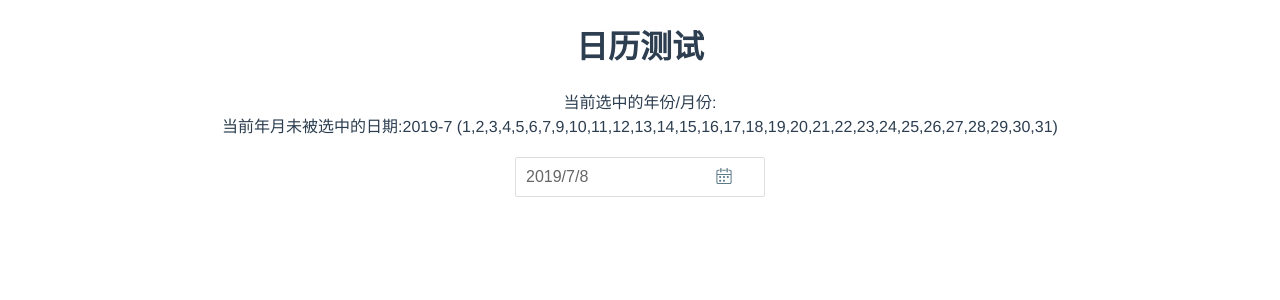
Repository: nyy-2017/vue-calendar
Page: /
An editor plug-in stored every save of this project. The page is shown before and after the next save, followed by the edit.
The browser window is 1280 px wide. The pictures show the whole page.
The project was rebuilt for these pictures with package versions that can differ from the ones it lists, and the page was loaded fresh each time. Also part of the build but not shown: src/components/calendar/calendar.js, src/components/calendar/calendar.vue.

Above is the page before, as saved 2019-07-09 13:53:02.

### index.html
<!DOCTYPE html>
<html>
  <head>
    <meta charset="utf-8">
    <meta name="viewport" content="width=device-width,initial-scale=1.0">
    <title>test1</title>
  </head>
  <body>
    <div id="app"></div>
    <!-- built files will be auto injected -->
  </body>
</html>

### src/components/HelloWorld.vue
<template>
  <div class="hello">
     <h1>日历测试</h1>
     <div>当前选中的年份/月份:{{curYearMonths}}</div>
     <div>当前年月未被选中的日期:{{unSelectDays}}</div>
      <input type="text" @click="openMultiByDrop($event)" v-model="calendar5.display" >
      <transition name="fade">
        <div class="calendar-dropdown" :style="{'left':calendar5.left+'px','top':calendar5.top+'px'}" v-if="calendar5.show">
            <calendar
                :zero="calendar5.zero"
                :disabled="calendar5.disabled"
                :lunar="calendar5.lunar"
                :value="calendar5.value"
                :multi="calendar5.multi"
                @currentYearMon="calendar5.currentYearMon"
                @select="calendar5.select"></calendar>
        </div>
      </transition>
  </div>
</template>

<script>
import calendar from '@/components/calendar/calendar.vue'

export default {
    name: 'app',
    components: {
        calendar
    },
    data(){
        return {
            unSelectDays: '',
            curYearMonths:'',
            // 多选
            calendar5:{
                display:"2019/7/8,2019/7/9",
                multi:true,
                show:false,
                zero:true,
                value:[[2019,7,8],[2019,7,9]], //默认日期
                disabled:[[2017,12,24],[2017,12,25]], //默认日期
                lunar:true, //显示农历
                select:(value)=>{

                    let displayValue=[]
                    value.forEach(v=>{
                        displayValue.push(v[0]+"/"+(v[1])+"/"+v[2])
                    })
                    console.log(displayValue);
                    this.calendar5.display=displayValue.join(",");
                    // this.calendar5.show=false;
                    this.calendar5.value=value;

                },
                currentYearMon:(year,mon)=> {

                    let currSelectDays = this.calendar5.value.filter(v => {
                        return year===v[0]&&mon===v[1]
                    })
                    this.chooseReverse(year, mon, currSelectDays)

                }
            },
        }
    },
    methods:{
        openMultiByDrop(e){
            this.calendar5.show=true;
            this.calendar5.left=e.target.offsetLeft;
            this.calendar5.top=e.target.offsetTop+50;
            e.stopPropagation();
            window.setTimeout(()=>{
                document.addEventListener("click",(e)=>{
                    this.calendar5.show=false;
                    document.removeEventListener("click",()=>{},false);
                },false);
            },1000)
        },
        //当月反选
        chooseReverse(year, mon, currSelectDays){
            // 获取当前月天数
            let daysCount = new Date(year, mon, 0).getDate()
            var fullMonth = [];
            for(var i= 1; i <= daysCount; i++) {
                let _date = [year, mon, i]
                fullMonth.push(_date)
            }

            // 从当前月去掉当前选中状态的日期
            let reverse = []
            let _fullMonth = []

            fullMonth.map(v =>  _fullMonth.push(v[2]))
            currSelectDays.map(v => {
                _fullMonth.map(full => {
                    if (v[2] === full) {
                       let index = _fullMonth.indexOf(v[2])
                       _fullMonth.splice(index, 1)
                    }
                })
            })
            _fullMonth.map(v => reverse.push([year, mon, v]) )
            if (reverse.length == 0){
                this.unSelectDays= '当月全部都被选中'
            } else {
                let unSelect = [];
                reverse.map(v => unSelect.push(v[2]))
                // 当前年月未被选中日期
                this.unSelectDays = + reverse[0][0] + '-' + reverse[0][1]+' (' + unSelect.join(',') + ')';
                //当前年月
                curYearMonths = reverse[0][0] + '年' + reverse[0][1] + '月';
                console.log(' this.unSelectDays', this.unSelectDays)
            }

        }

    },
    created() {
        let year = new Date().getFullYear()
        let mon = new Date().getMonth() + 1
        let day = new Date().getDate()
        this.calendar5.value = [[year, mon, day]]
        this.calendar5.display = + year + '/' + mon + '/' + day
        this.calendar5.currentYearMon(year, mon, this.calendar5.value)
    }

}
</script>

<style>
input{
    box-sizing: border-box;
    width:100%;
    width: 250px;
    margin-top:20px;
    border-radius: 2px;
    border:1px solid #dedede;
    padding:10px;
    font-size: 16px;
    background:url(data:[embedded picture, 3866 characters]) no-repeat 200px 10px;
    /* padding-left: 36px; */
    color:#666;
}

/*transition*/
.fade-enter-active,
.fade-leave-active {
    transition: all .5s ease-in-out;
}
.fade-enter,.fade-leave-active{
    opacity: 0;
    transform: translateY(-10px);

}

/*下拉框*/
.calendar-dropdown{
    background: #fff;
    position: absolute;
    left:0;
    top:0;
    padding:20px;
    border: 1px solid #eee;
    border-radius: 2px;
}
.calendar-dropdown:before {
    position: absolute;
    left:30px;
    top: -10px;
    content: "";
    border:5px solid rgba(0, 0, 0, 0);
    border-bottom-color: #DEDEDE;
}
.calendar-dropdown:after {
    position: absolute;
    left:30px;
    top: -9px;
    content: "";
    border:5px solid rgba(0, 0, 0, 0);
    border-bottom-color: #fff;
}

/*弹出框*/
.calendar-dialog{
    position: absolute;
    left:0;
    top:0;
    right:0;
    bottom:0;
}

.calendar-dialog-mask{
    background:rgba(255,255,255,.5);
    width:100%;
    height:100%;
}

.calendar-dialog-body{
    background: #fff;
    position: absolute;
    left:50%;
    top:50%;
    transform: translate(-50%,-50%);
    padding:20px;
    border: 1px solid #eee;
    border-radius: 2px;
}
</style>

Loaded but not shown: src/main.js (common file); src/App.vue (common file); src/router/index.js (common file)

After the next save:
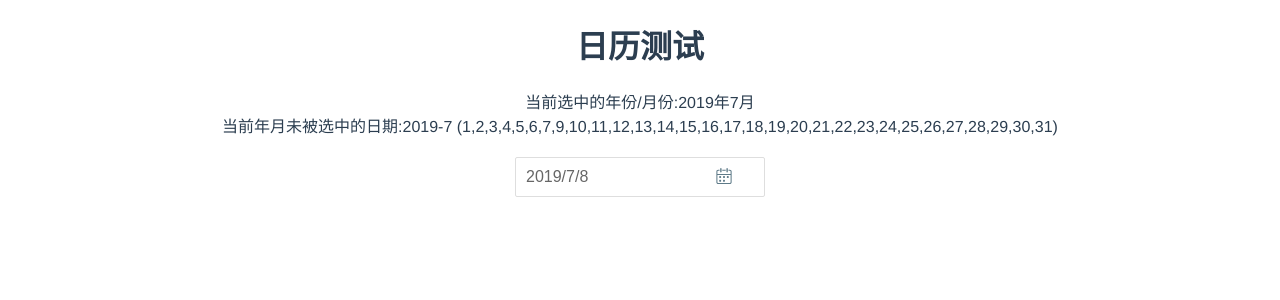
Saved 2 min 22 s later.
--- a/src/components/HelloWorld.vue
+++ b/src/components/HelloWorld.vue
@@ -108,7 +108,7 @@ export default {
                 // 当前年月未被选中日期
                 this.unSelectDays = + reverse[0][0] + '-' + reverse[0][1]+' (' + unSelect.join(',') + ')';
                 //当前年月
-                curYearMonths = reverse[0][0] + '年' + reverse[0][1] + '月';
+                this.curYearMonths = reverse[0][0] + '年' + reverse[0][1] + '月';
                 console.log(' this.unSelectDays', this.unSelectDays)
             }
 
